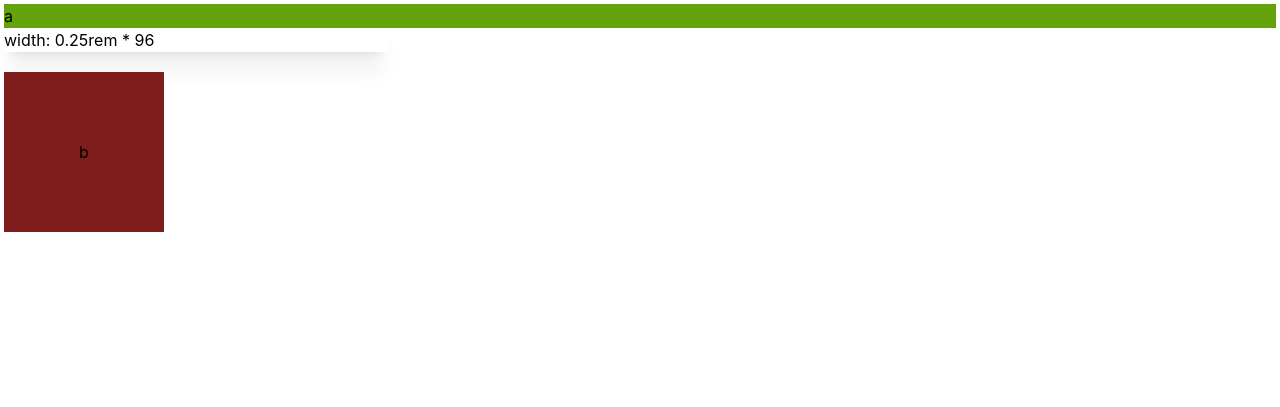
Repository: wogml3270/react-test-server
Page: /
The author's editor kept a copy of each file at every save. The page is drawn from the files as they stood at one save, then again after the next save.
The browser window is 1280 px wide. The pictures show the whole page.
The project was rebuilt for these pictures with package versions that can differ from the ones it lists, and the page was loaded fresh each time. Also part of the build but not shown: src/App.css.

Above is the page before, as saved 2022-08-14 17:01:34.

### src/index.js
import React from 'react';
import ReactDOM from 'react-dom/client';
import './index.css';
import App from './App';
import reportWebVitals from './reportWebVitals';
import './tailwind.css';

const root = ReactDOM.createRoot(document.getElementById('root'));
root.render(
  <React.StrictMode>
    <App />
  </React.StrictMode>
);

// If you want to start measuring performance in your app, pass a function
// to log results (for example: reportWebVitals(console.log))
// or send to an analytics endpoint. Learn more: https://bit.ly/CRA-vitals
reportWebVitals();

### src/App.js

import './App.css';

function App() {
  return (
    <>
      <div className="m-1">
        <div className="bg-lime-600">a</div>
        <div className="w-96 shadow-xl">width: 0.25rem * 96</div>
        <h1 className="bg-red-900 h-40 w-40 flex justify-center items-center mt-5">b</h1>
      </div>
    </>
  );
}

export default App;

### src/tailwind.css
/* src/tailwind.css */

@tailwind base;
@tailwind components;
@tailwind utilities;

### tailwind.config.js
// tailwindcss.config.js

module.exports = {
    content: ['./src/**/*.{js,jsx,ts,tsx}', './public/index.html'],
    theme: {
        extend: {},
    },
    plugins: [],
};

Loaded but not shown: public/index.html (common file); src/index.css (common file); src/reportWebVitals.js (common file)

After the next save:
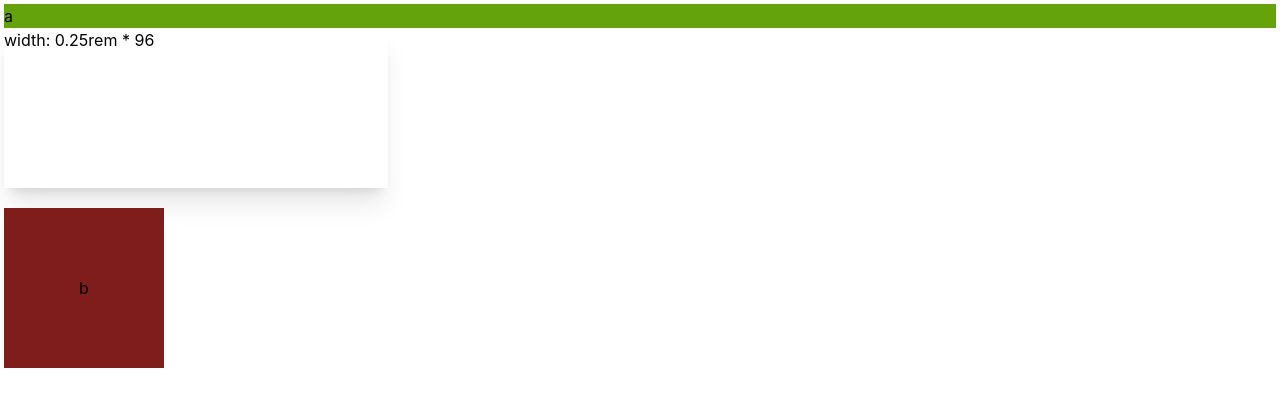
Saved 18 min 28 s later.
--- a/src/App.js
+++ b/src/App.js
@@ -6,8 +6,9 @@ function App() {
     <>
       <div className="m-1">
         <div className="bg-lime-600">a</div>
-        <div className="w-96 shadow-xl">width: 0.25rem * 96</div>
+        <div className="w-96 h-40 shadow-xl">width: 0.25rem * 96</div>
         <h1 className="bg-red-900 h-40 w-40 flex justify-center items-center mt-5">b</h1>
+
       </div>
     </>
   );
